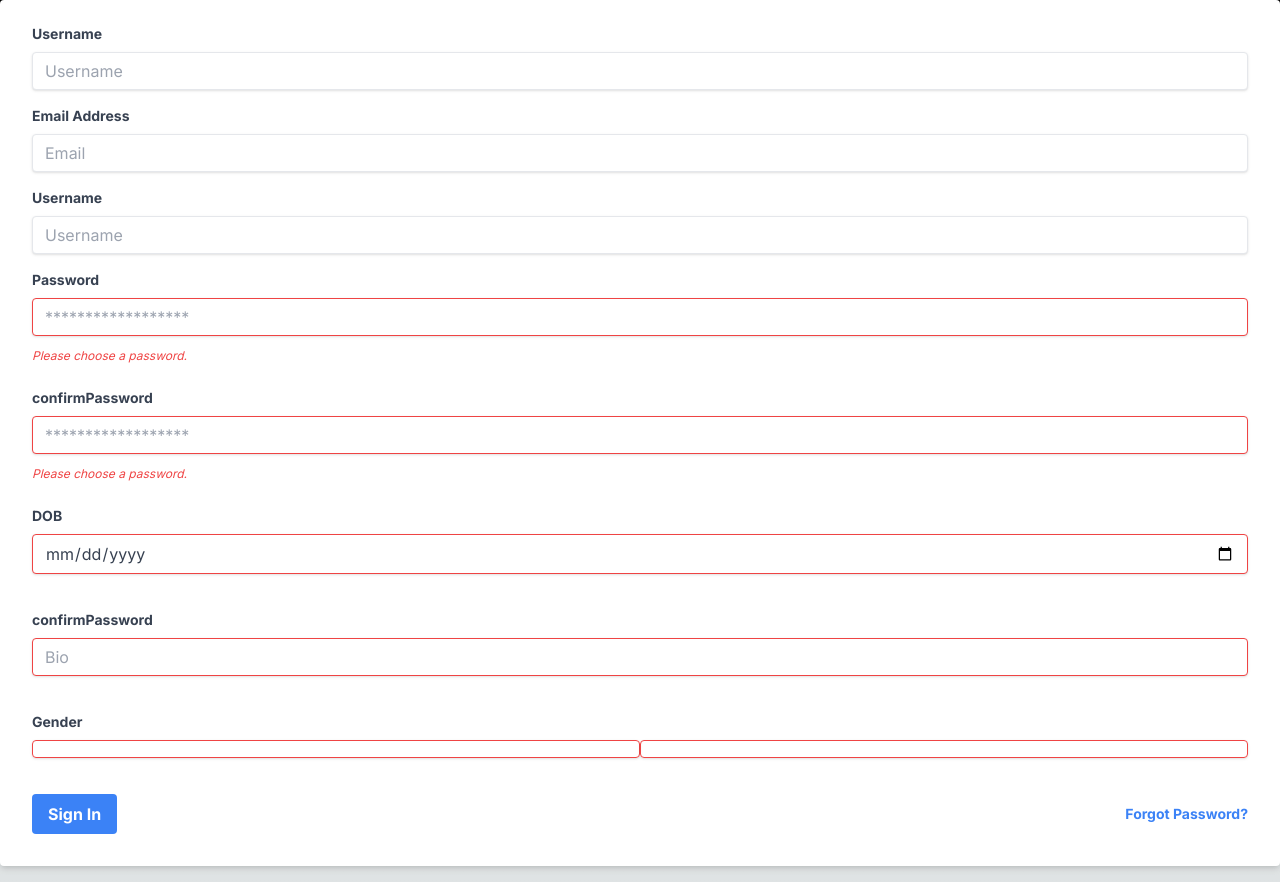
Repository: uh-sman/tiktok-card
Page: /
These files come from the project's save history. The page is drawn as it stood at one moment and after the next save; the edit follows.
The browser window is 1280 px wide. The pictures show the whole page.
The project was rebuilt for these pictures with package versions that can differ from the ones it lists, and the page was loaded fresh each time. The framework's server and built-in components were replaced by stand-ins that run in the browser. Also part of the build but not shown: next.config.js.

Above is the page before, as saved 2023-12-19 12:13:26.

### app/page.tsx
'use client'
import Input from "./components/Input";
import { FieldValues, SubmitHandler, useForm } from "react-hook-form";
export default function Home() {
  // const { register, handleSubmit, reset } = useForm<FieldValues>({
  //   defaultValues: {
  //     Username: "",
  //     email: '',
  //     password: '',
  //     confirmPassword: '',
  //     DateOfBirth: '',
  //     Bio: '',
  //     gender: '',
  //     termsAndConditions: ''
  //   }
  // })

  // const onSubmit: SubmitHandler<FieldValues> = () => {

  // }

  return (
    <div className="bg-black h-screen w-screen">
      {/* <div className="flex justify-center"> */}
      <div className="flex justify-center  w-full flex-col">
      <form className="bg-white shadow-md rounded px-8 pt-6 pb-8 mb-4">
    <div className="mb-4">
      <label className="block text-gray-700 text-sm font-bold mb-2" htmlFor="username">
        Username
      </label>
      <Input onChange={() => {}} className="shadow appearance-none border rounded w-full py-2 px-3 text-gray-700 leading-tight focus:outline-none focus:shadow-outline" id="username" type="text" placeholder="Username" />
    </div>
    <div className="mb-4">
      <label className="block text-gray-700 text-sm font-bold mb-2" htmlFor="username">
        Email Address
      </label>
      <Input onChange={() => {}} className="shadow appearance-none border rounded w-full py-2 px-3 text-gray-700 leading-tight focus:outline-none focus:shadow-outline" id="email" type="email" placeholder="Email" />
    </div>
    <div className="mb-4">
      <label className="block text-gray-700 text-sm font-bold mb-2" htmlFor="username">
        Username
      </label>
      <Input onChange={() => {}} className="shadow appearance-none border rounded w-full py-2 px-3 text-gray-700 leading-tight focus:outline-none focus:shadow-outline" id="username" type="text" placeholder="Username" />
    </div>
    <div className="mb-6">
      <label className="block text-gray-700 text-sm font-bold mb-2" htmlFor="password">
        Password
      </label>
      <Input onChange={() => {}} className="shadow appearance-none border border-red-500 rounded w-full py-2 px-3 text-gray-700 mb-3 leading-tight focus:outline-none focus:shadow-outline" id="password" type="password" placeholder="******************" />
      <p className="text-red-500 text-xs italic">Please choose a password.</p>
    </div>
    <div className="mb-6">
      <label className="block text-gray-700 text-sm font-bold mb-2" htmlFor="password">
        confirmPassword
      </label>
      <Input onChange={() => {}} className="shadow appearance-none border border-red-500 rounded w-full py-2 px-3 text-gray-700 mb-3 leading-tight focus:outline-none focus:shadow-outline" id="confirmPassword" type="password" placeholder="******************" />
      <p className="text-red-500 text-xs italic">Please choose a password.</p>
    </div>
    <div className="mb-6">
      <label className="block text-gray-700 text-sm font-bold mb-2" htmlFor="password">
        DOB
      </label>
      <Input onChange={() => {}} className="shadow appearance-none border border-red-500 rounded w-full py-2 px-3 text-gray-700 mb-3 leading-tight focus:outline-none focus:shadow-outline" id="DateOfBirth" type="date" placeholder="DOB" />
      {/* <p className="text-red-500 text-xs italic">Please confirm your password.</p> */}
    </div>
    <div className="mb-6">
      <label className="block text-gray-700 text-sm font-bold mb-2" htmlFor="password">
        confirmPassword
      </label>
      <Input onChange={() => {}} className="shadow appearance-none border border-red-500 rounded w-full py-2 px-3 text-gray-700 mb-3 leading-tight focus:outline-none focus:shadow-outline" id="Bio" type="text" placeholder="Bio" />
      {/* <p className="text-red-500 text-xs italic">Please confirm your password.</p> */}
    </div>
    <div className="mb-6">
      <label className="block text-gray-700 text-sm font-bold mb-2" htmlFor="password">
        Gender
      </label>
      <div className="flex">
      <Input onChange={() => {}} className="shadow appearance-none border border-red-500 rounded w-full py-2 px-3 text-gray-700 mb-3 leading-tight focus:outline-none focus:shadow-outline" id="male" type="checkbox" placeholder="male" />
      <Input onChange={() => {}} className="shadow appearance-none border border-red-500 rounded w-full py-2 px-3 text-gray-700 mb-3 leading-tight focus:outline-none focus:shadow-outline" id="female" type="checkbox" placeholder="female" />
      </div>
      {/* <p className="text-red-500 text-xs italic">Please confirm your password.</p> */}
    </div>
    <div className="flex items-center justify-between">
      <button className="bg-blue-500 hover:bg-blue-700 text-white font-bold py-2 px-4 rounded focus:outline-none focus:shadow-outline" type="button">
        Sign In
      </button>
      <a className="inline-block align-baseline font-bold text-sm text-blue-500 hover:text-blue-800" href="#">
        Forgot Password?
      </a>
    </div>
  </form>

      </div>
      {/* </div> */}
    </div>
  );
}



{/* <form class="max-w-sm mx-auto">
  <div class="mb-5">
    <label for="email" class="block mb-2 text-sm font-medium text-gray-900 dark:text-white">Your email</label>
    <input type="email" id="email" class="bg-gray-50 border border-gray-300 text-gray-900 text-sm rounded-lg focus:ring-blue-500 focus:border-blue-500 block w-full p-2.5 dark:bg-gray-700 dark:border-gray-600 dark:placeholder-gray-400 dark:text-white dark:focus:ring-blue-500 dark:focus:border-blue-500" placeholder="name@flowbite.com" required>
  </div>
  <div class="mb-5">
    <label for="password" class="block mb-2 text-sm font-medium text-gray-900 dark:text-white">Your password</label>
    <input type="password" id="password" class="bg-gray-50 border border-gray-300 text-gray-900 text-sm rounded-lg focus:ring-blue-500 focus:border-blue-500 block w-full p-2.5 dark:bg-gray-700 dark:border-gray-600 dark:placeholder-gray-400 dark:text-white dark:focus:ring-blue-500 dark:focus:border-blue-500" required>
  </div>
  <div class="flex items-start mb-5">
    <div class="flex items-center h-5">
      <input id="remember" type="checkbox" value="" class="w-4 h-4 border border-gray-300 rounded bg-gray-50 focus:ring-3 focus:ring-blue-300 dark:bg-gray-700 dark:border-gray-600 dark:focus:ring-blue-600 dark:ring-offset-gray-800 dark:focus:ring-offset-gray-800" required>
    </div>
    <label for="remember" class="ms-2 text-sm font-medium text-gray-900 dark:text-gray-300">Remember me</label>
  </div>
  <button type="submit" class="text-white bg-blue-700 hover:bg-blue-800 focus:ring-4 focus:outline-none focus:ring-blue-300 font-medium rounded-lg text-sm w-full sm:w-auto px-5 py-2.5 text-center dark:bg-blue-600 dark:hover:bg-blue-700 dark:focus:ring-blue-800">Submit</button>
</form> */}

### app/components/Input.tsx

type InputType = "text" | "password" | "file" | "email" | 'date' | 'checkbox'

interface InputProps {
    id: string;
    className: string;
    placeholder: string;
    type: InputType;
    onChange: (value: string, file?: File ) => void;
}

const Input: React.FC<InputProps> = ({
    id,
    className,
    placeholder,
    type,
    onChange
}) => {
    const handleChange = (event: React.ChangeEvent<HTMLInputElement>) => {
        const { value, files } = event.target;
        if (type === 'file' && files) {
            onChange(value, files[0]);
        } else {
            onChange(value);
        }
    };

    return (
        <input
            id={id}
            className={className}
            placeholder={placeholder}
            type={type}
            onChange={handleChange}
        />
    );
};


export default Input;

Loaded but not shown: app/layout.tsx (common file); app/globals.css (common file); tailwind.config.ts (common file)

After the next save:
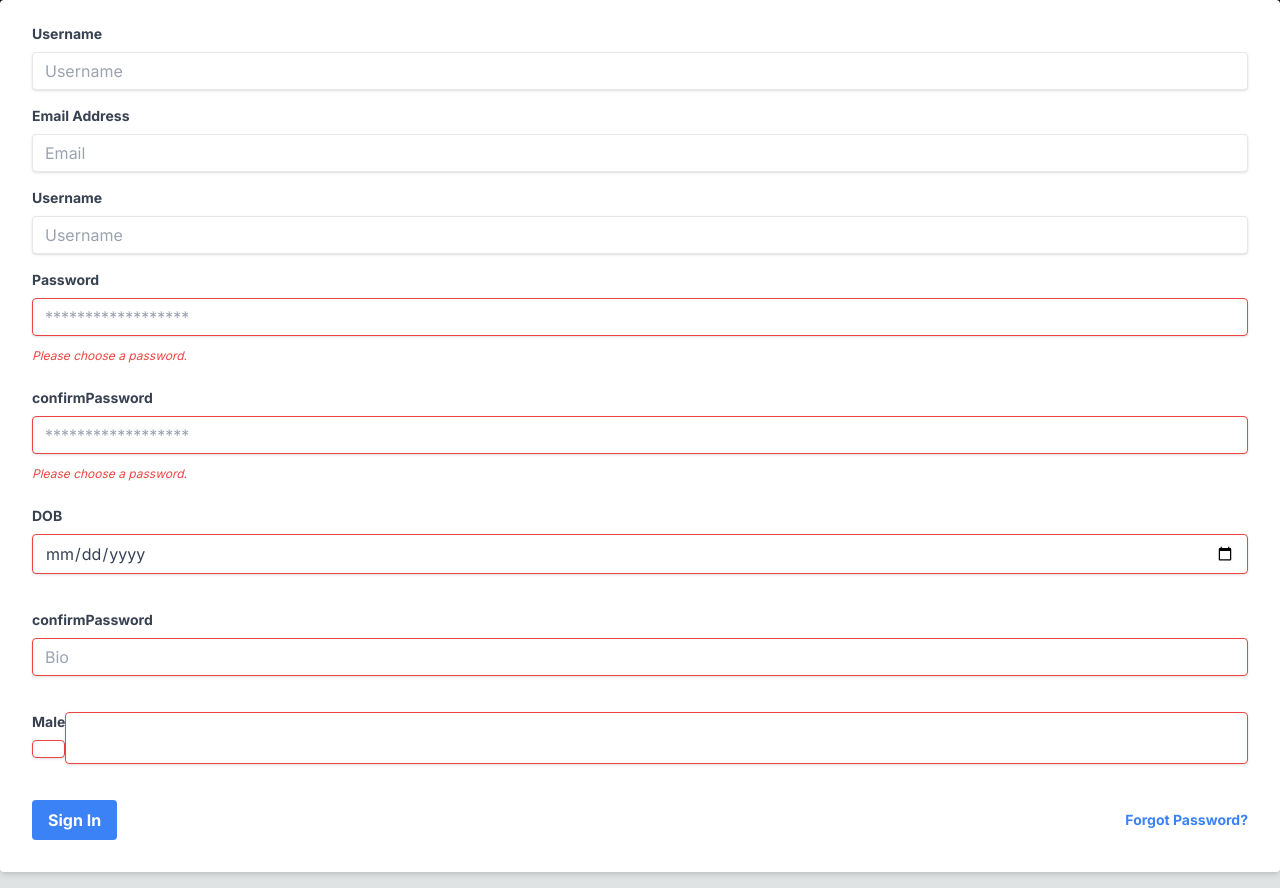
Saved 100 s later.
--- a/app/page.tsx
+++ b/app/page.tsx
@@ -71,11 +71,13 @@ export default function Home() {
       {/* <p className="text-red-500 text-xs italic">Please confirm your password.</p> */}
     </div>
     <div className="mb-6">
-      <label className="block text-gray-700 text-sm font-bold mb-2" htmlFor="password">
-        Gender
+      <div className="flex">
+        <div className="">
+        <label className="block text-gray-700 text-sm font-bold mb-2" htmlFor="password">
+        Male
       </label>
-      <div className="flex">
       <Input onChange={() => {}} className="shadow appearance-none border border-red-500 rounded w-full py-2 px-3 text-gray-700 mb-3 leading-tight focus:outline-none focus:shadow-outline" id="male" type="checkbox" placeholder="male" />
+        </div>
       <Input onChange={() => {}} className="shadow appearance-none border border-red-500 rounded w-full py-2 px-3 text-gray-700 mb-3 leading-tight focus:outline-none focus:shadow-outline" id="female" type="checkbox" placeholder="female" />
       </div>
       {/* <p className="text-red-500 text-xs italic">Please confirm your password.</p> */}
